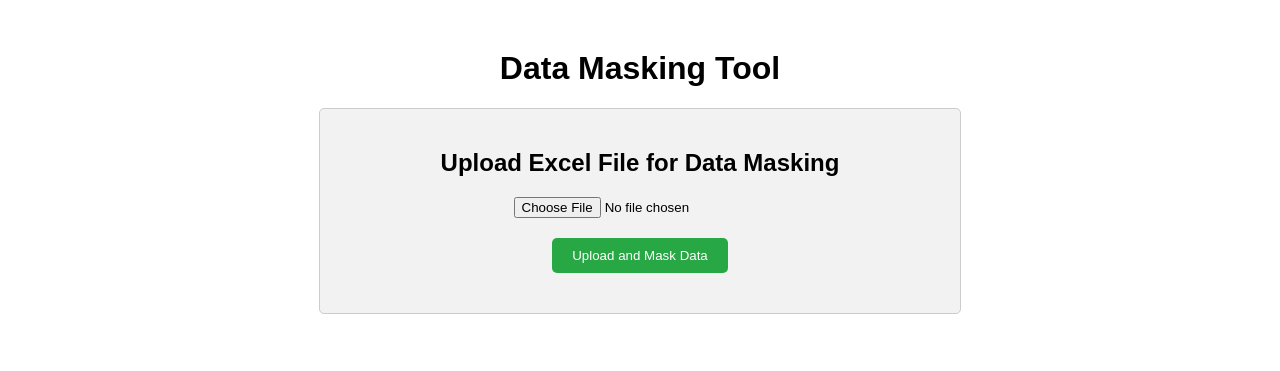
Repository: prithika12/DataMasking_Tool
Page: index.html
An editor plug-in stored every save of this project. The page is shown before and after the next save, followed by the edit.
The browser window is 1280 px wide. The pictures show the whole page.

Above is the page before, as saved 2024-07-09 11:33:59.

After the next save:
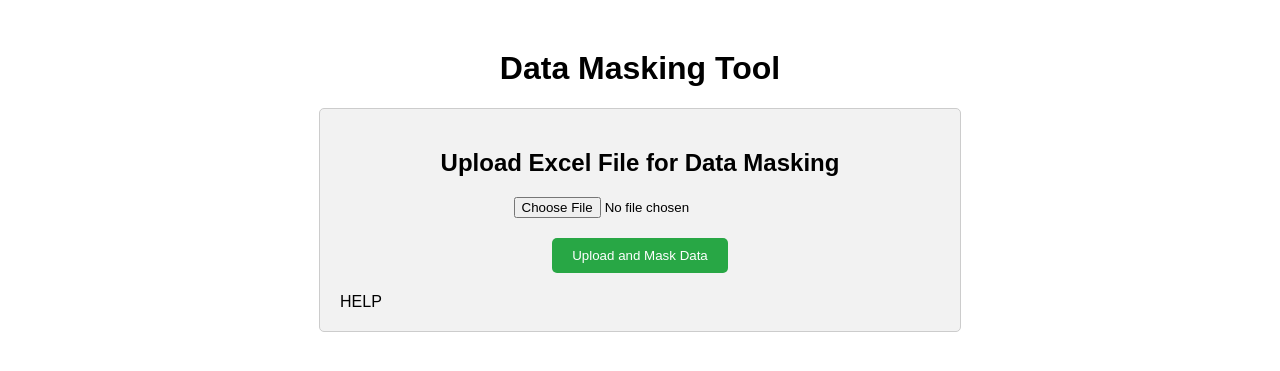
Saved 2 min 3 s later.
--- a/index.html
+++ b/index.html
@@ -47,6 +47,9 @@
             <input type="file" name="file" accept=".xlsx">
             <button type="submit">Upload and Mask Data</button>
         </form>
+        <div>
+            <href>HELP</href>
+        </div>
     </div>
 </body>
 </html>

After the save that followed:
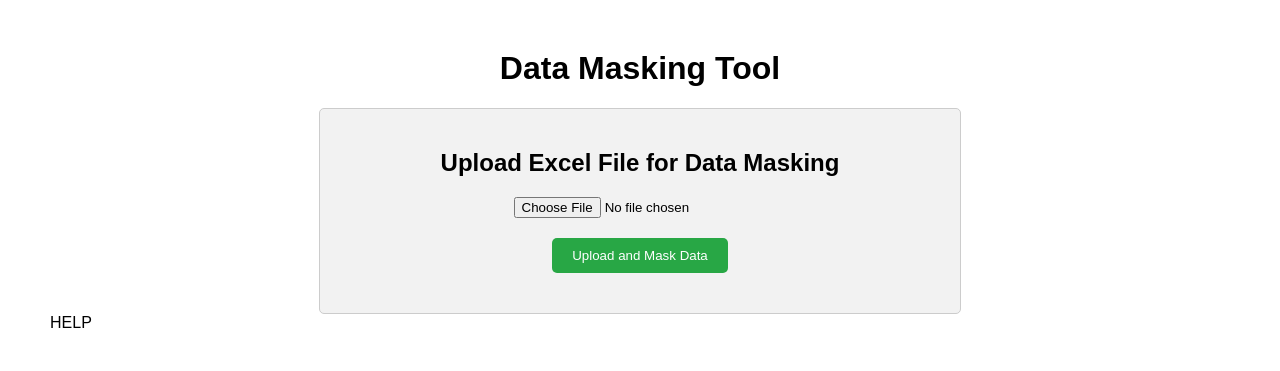
Saved 13 s later.
--- a/index.html
+++ b/index.html
@@ -47,9 +47,9 @@
             <input type="file" name="file" accept=".xlsx">
             <button type="submit">Upload and Mask Data</button>
         </form>
-        <div>
-            <href>HELP</href>
-        </div>
+    </div>
+    <div>
+        <href>HELP</href>
     </div>
 </body>
 </html>
